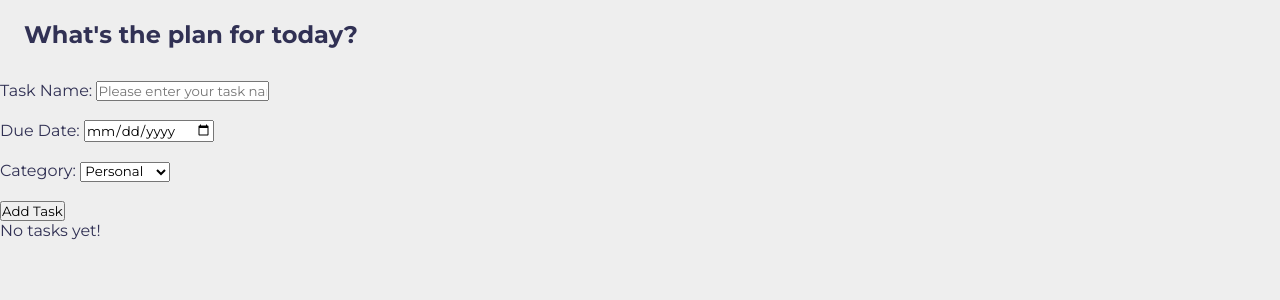
Repository: comp426-2023-spring/a99-SnowPile
Page: http://localhost/
The author's editor kept a copy of each file at every save. The page is drawn from the files as they stood at one save, then again after the next save.
The browser window is 1280 px wide. The pictures show the whole page.
Some web fonts or font styles are not loaded; a fallback is used. The page is served by the project's Node server (app.js).

Above is the page before, as saved 2023-04-15 21:10:16.

After the next save:
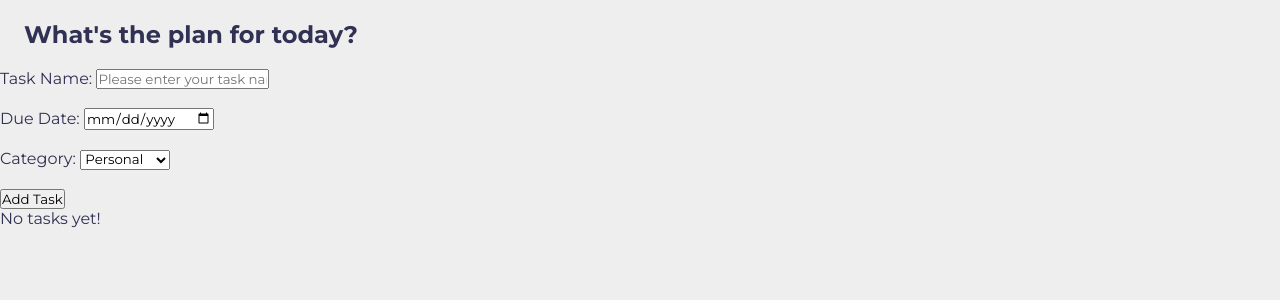
Saved 17 s later.
--- a/frontend/public/style.css
+++ b/frontend/public/style.css
@@ -12,7 +12,7 @@ body {
 }
 section {
 	margin-top: 20px;
-	margin-bottom: 2rem;
+	margin-bottom: 20px;
 	padding-left: 1.5rem;
 	padding-right: 1.5rem;
 }
